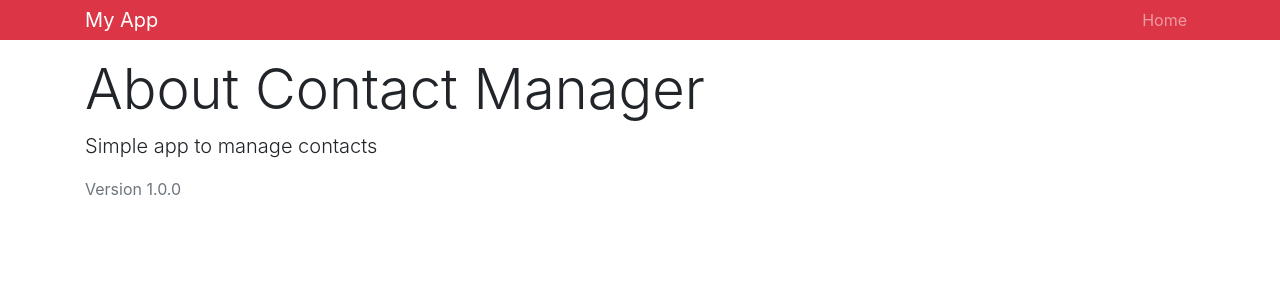
Repository: Mtbwka/contactmanager
Page: /about
An editor plug-in stored every save of this project. The page is shown before and after a run of saves, followed by the edit.
The browser window is 1280 px wide. The pictures show the whole page.
Some web libraries are served in a nearby version. The project was rebuilt for these pictures with package versions that can differ from the ones it lists, and the page was loaded fresh each time. Also part of the build but not shown: src/components/contacts/Contact.js, src/components/contacts/Contacts.js, src/components/layout/TextInputGroup.js, src/components/contacts/AddContact.js.

Above is the page before, as saved 2019-05-08 21:50:32.

After the next 2 saves:
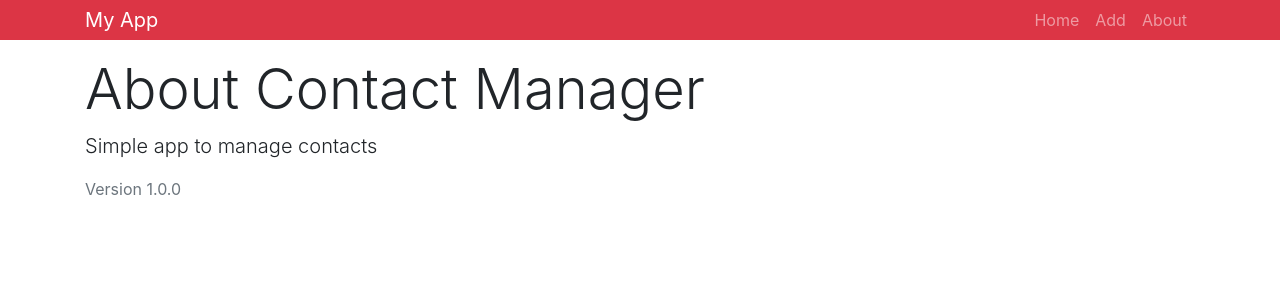
The 2 saves are shown as one change because they came seconds apart.
The last was saved 44 s later.
--- a/src/components/layout/Header.js
+++ b/src/components/layout/Header.js
@@ -21,6 +21,16 @@ const Header = props => {
                 Home
               </Link>
             </li>
+            <li className='nav-item'>
+              <Link to='/contact/add' className='nav-link'>
+                Add
+              </Link>
+            </li>
+            <li className='nav-item'>
+              <Link to='/about' className='nav-link'>
+                About
+              </Link>
+            </li>
           </ul>
         </div>
       </div>
